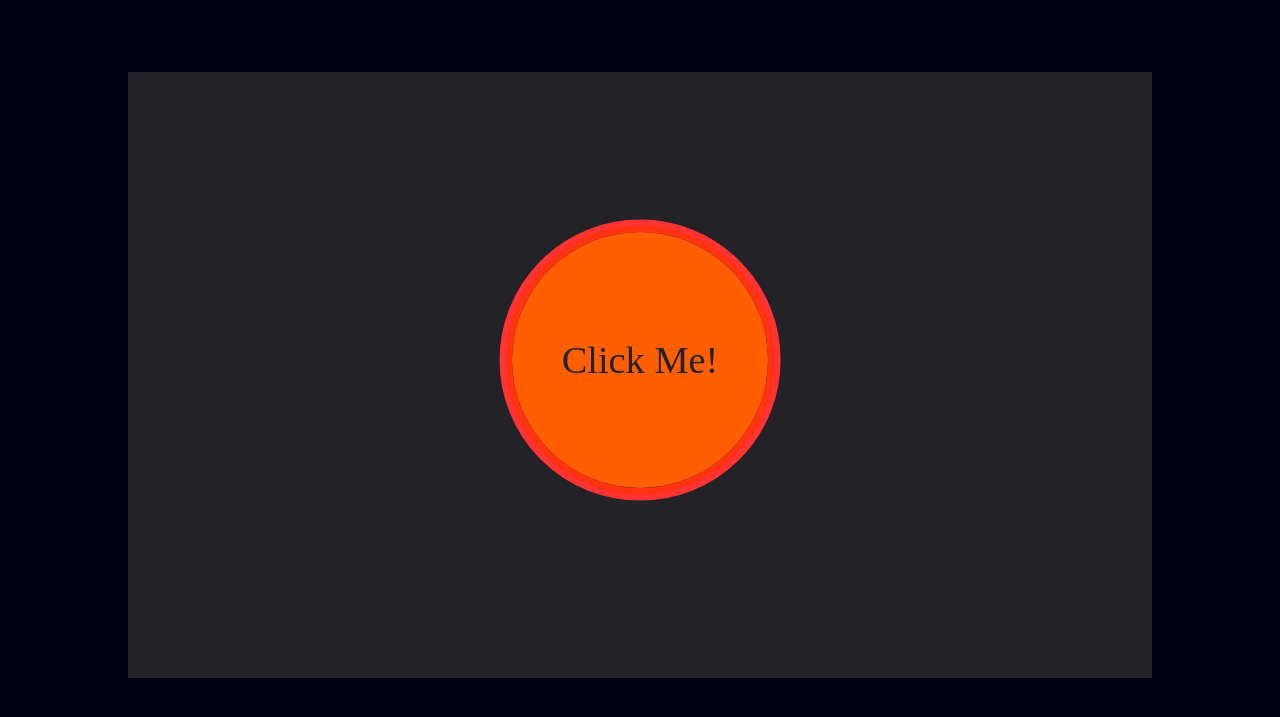
Repository: Francois-QUICODE/CSS-Micro-Projects
Page: Projects/02-Pulsating-Button.html
The author's editor kept a copy of each file at every save. The page is drawn from the files as they stood at one save, then again after the next save.
The browser window is 1280 px wide. The pictures show the whole page.
Some web fonts or font styles are not loaded; a fallback is used.

Above is the page before, as saved 2020-11-29 18:01:12.

After the next save:
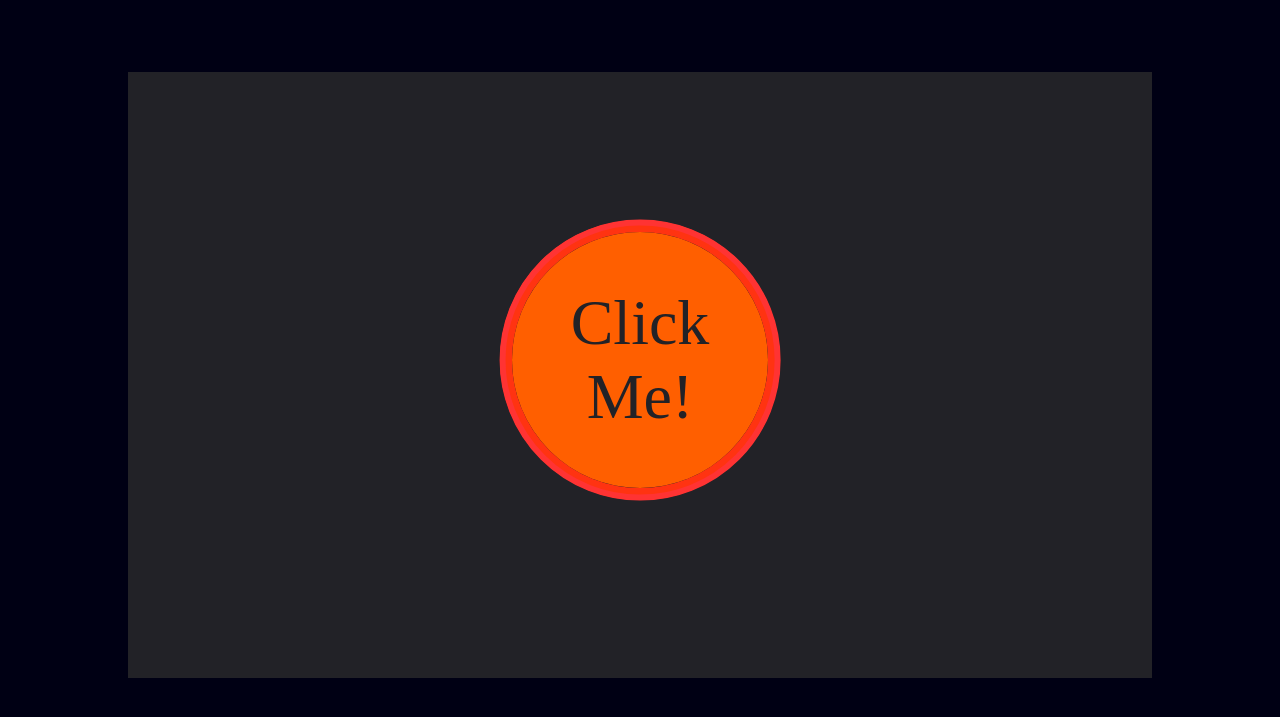
Saved 13 s later.
--- a/Projects/02-Pulsating-Button.html
+++ b/Projects/02-Pulsating-Button.html
@@ -37,7 +37,7 @@
         left: 50%;
         transform: translate(-50%, -50%);
         border-radius: 50%;
-        font-size: 3vw;
+        font-size: 5vw;
         width: 20vw;
         height: 20vw;
         border: none;
